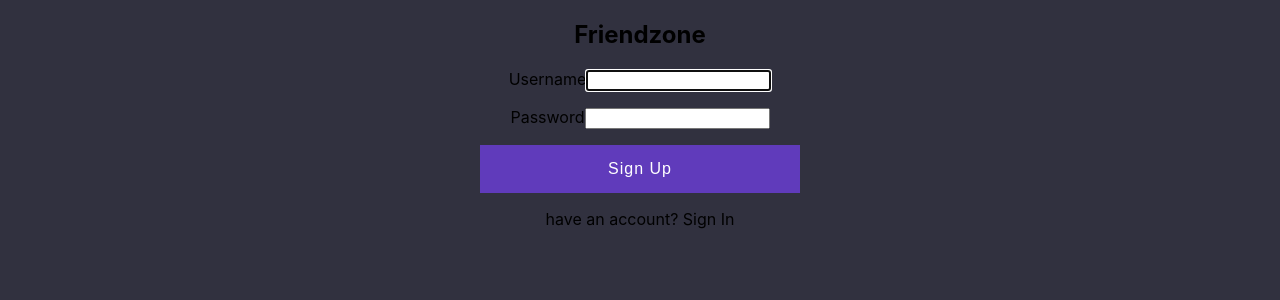
Repository: DerickT02/friend-zone
Page: /
The author's editor kept a copy of each file at every save. The page is drawn from the files as they stood at one save, then again after the next save.
The browser window is 1280 px wide. The pictures show the whole page.
The project was rebuilt for these pictures with package versions that can differ from the ones it lists, and the page was loaded fresh each time. Also part of the build but not shown: src/Appreducer.js, src/GlobalState.js, src/Post.js, src/Homepage.js, src/fire.js.

Above is the page before, as saved 2021-07-07 07:38:21.

After the next save:
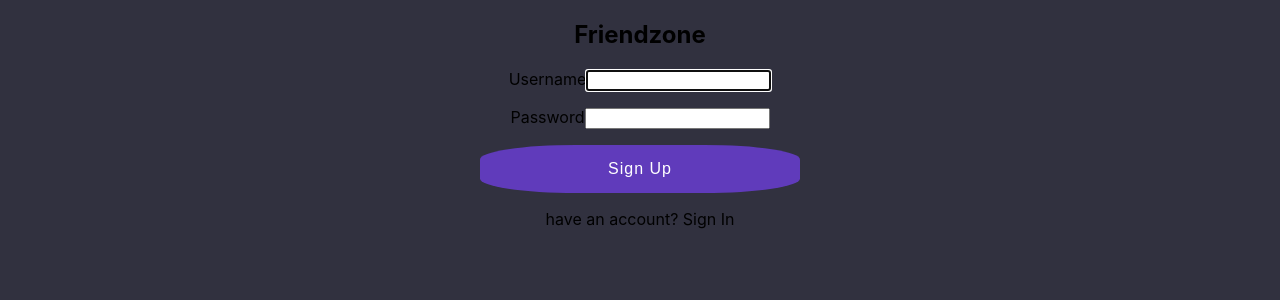
Saved 46 s later.
--- a/src/Login.css
+++ b/src/Login.css
@@ -4,6 +4,7 @@
 
 .btnContainer button {
   border: none;
+  border-radius: 30%;
   outline: none;
   width: 25%;
   padding: 15px 0;

After the save that followed:
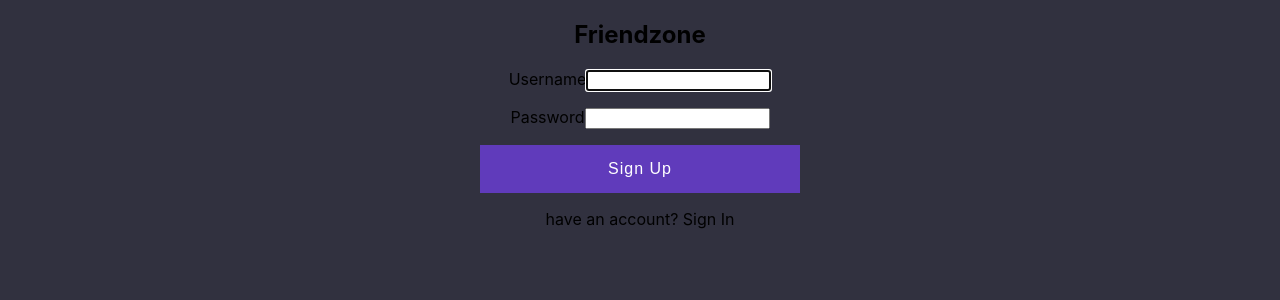
Saved 11 s later.
--- a/src/Login.css
+++ b/src/Login.css
@@ -4,7 +4,7 @@
 
 .btnContainer button {
   border: none;
-  border-radius: 30%;
+  border-radius: 20;
   outline: none;
   width: 25%;
   padding: 15px 0;
